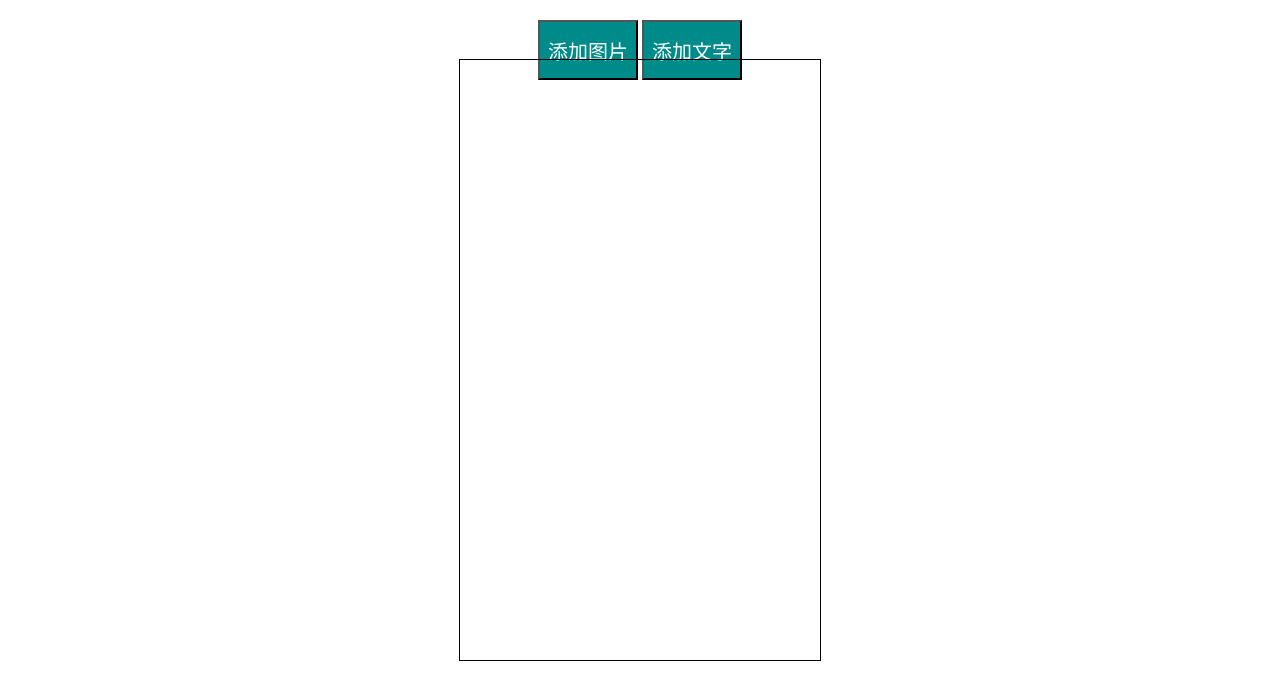
Repository: Xekin-FE/canvas-image-editor
Page: index.html
An editor plug-in stored every save of this project. The page is shown before and after the next save, followed by the edit.
The browser window is 1280 px wide. The pictures show the whole page.

Above is the page before, as saved 2018-12-14 14:17:21.
Console error: SyntaxError: Cannot use import statement outside a module

### index.html
<!DOCTYPE html>
<html lang="en">
<head>
    <meta charset="UTF-8">
    <meta name="viewport" content="width=device-width, initial-scale=1.0">
    <meta http-equiv="X-UA-Compatible" content="ie=edge">
    <title>Document</title>
</head>
<link rel="stylesheet" href="./static/css/main.css">
<body>
    <div id="app">
        <canvas id="main" height="600" width="360"></canvas>
        <div class="components">
            <button onclick="addImage">添加图片</button>
            <button onclick="addText">添加文字</button>
        </div>
    </div>
    <script src="./modules/canvas.js"></script>
    <script src="./modules/main.js"></script>
</body>
</html>

### static/css/main.css
*{
    padding: 0;
    margin: 0;
}
html,body{
    height: 100%;
}
#app{
    width: 100vw;
    height: 100%;
    position: relative;
}
#app #main{
    border: 1px solid #000;
    position: absolute;
    top: 50%;left: 50%;
    transform: translate(-50%,-50%);
}
#app .components{
    text-align: center;
    padding: 20px;
}
#app .components button{
    width: 100px;
    height: 60px;
    font-size: 20px;
    background: darkcyan;
    color: #fff;
}

### modules/canvas.js
// var c = document.getElementById("myCanvas");
// c.width=img.width;
// c.height=img.height;
// var cxt = c.getContext("2d");
// cxt.fillStyle = "rgba(255, 255, 255, 0)";
// cxt.fillRect(0, 0, c.width, c.height);
// cxt.drawImage(img,0,0);
// cxt.save();
// cxt.font = fsz+"px Arial";
// cxt.textBaseline = 'middle';//更改字号后，必须重置对齐方式，否则居中麻烦。设置文本的垂直对齐方式
// cxt.textAlign = 'center';
// var tw = cxt.measureText(text).width;
// var ftop = c.height/2-5;
// var fleft = c.width/2;
// cxt.fillStyle="#ff0000";
// cxt.fillRect(fleft-tw/2,ftop-fsz/2,tw,fsz);//矩形在画布居中方式
// cxt.fillStyle="#ffffff";
// cxt.fillText(text,fleft,ftop);//文本元素在画布居中方式
// cxt.strokeStyle = 'white';
// cxt.strokeText(text,fleft,ftop);//文字边框
import Base from '../class/Base'
import Image from '../class/Image'
import Text from '../class/Text'
const canvas =  {




}

export default canvas;

### modules/main.js

import canvas from './canvas'

const addImage = () => {
    alert('addImage')
}
const addText = () => {
    alert('addText')
}
let can = document.querySelector('#main')

After the next save:
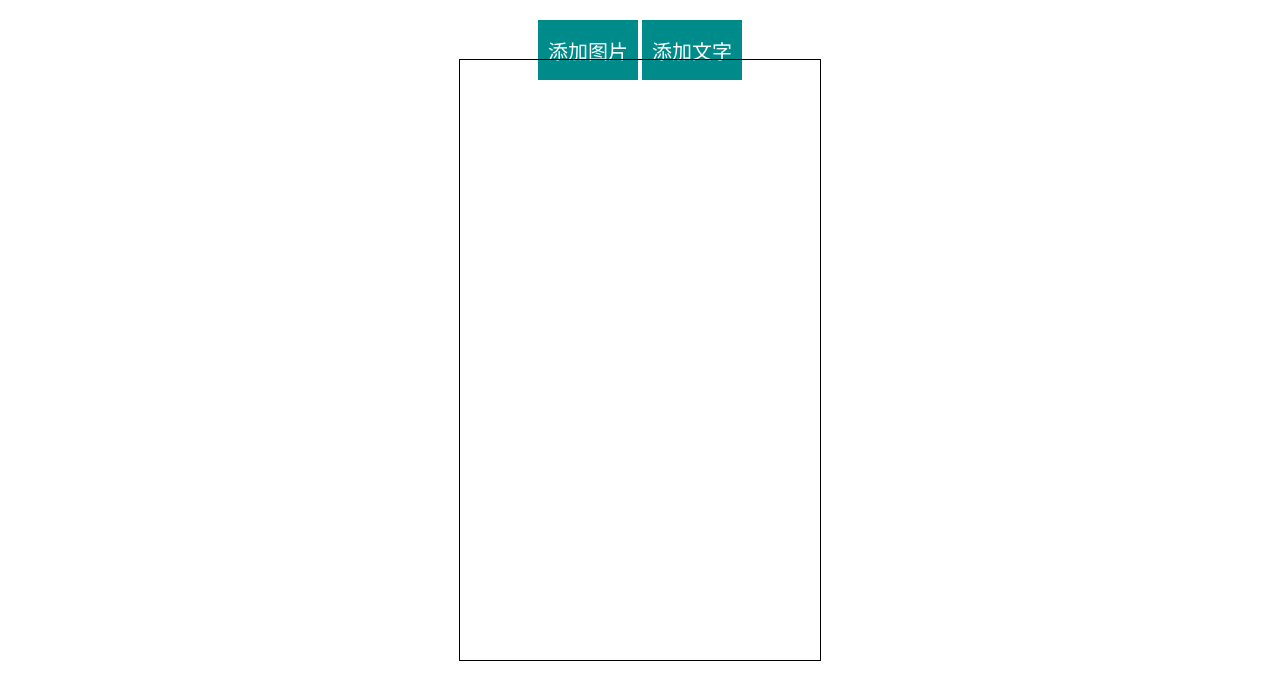
Saved 15 s later.
--- a/static/css/main.css
+++ b/static/css/main.css
@@ -26,4 +26,6 @@ html,body{
     font-size: 20px;
     background: darkcyan;
     color: #fff;
+    border: 0;
+    outline: none;
 }
